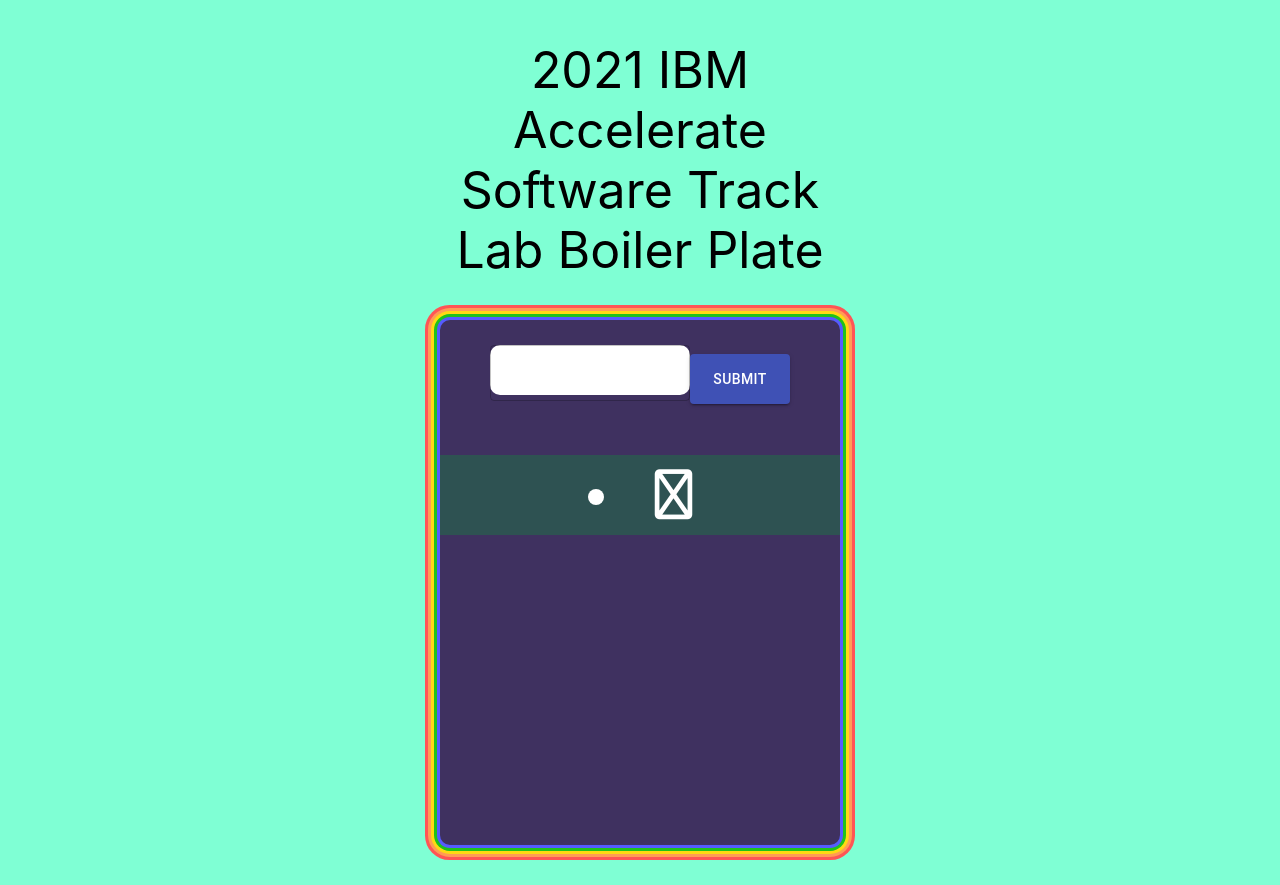
Repository: 2021-IBM-Accelerate-SW-Track/lab-1-team-34
Page: /
An editor plug-in stored every save of this project. The page is shown before and after the next save, followed by the edit.
The browser window is 1280 px wide. The pictures show the whole page.
Some web libraries are served in a nearby version. The project was rebuilt for these pictures with package versions that can differ from the ones it lists, and the page was loaded fresh each time.

Above is the page before, as saved 2021-06-14 21:17:45.

After the next save:
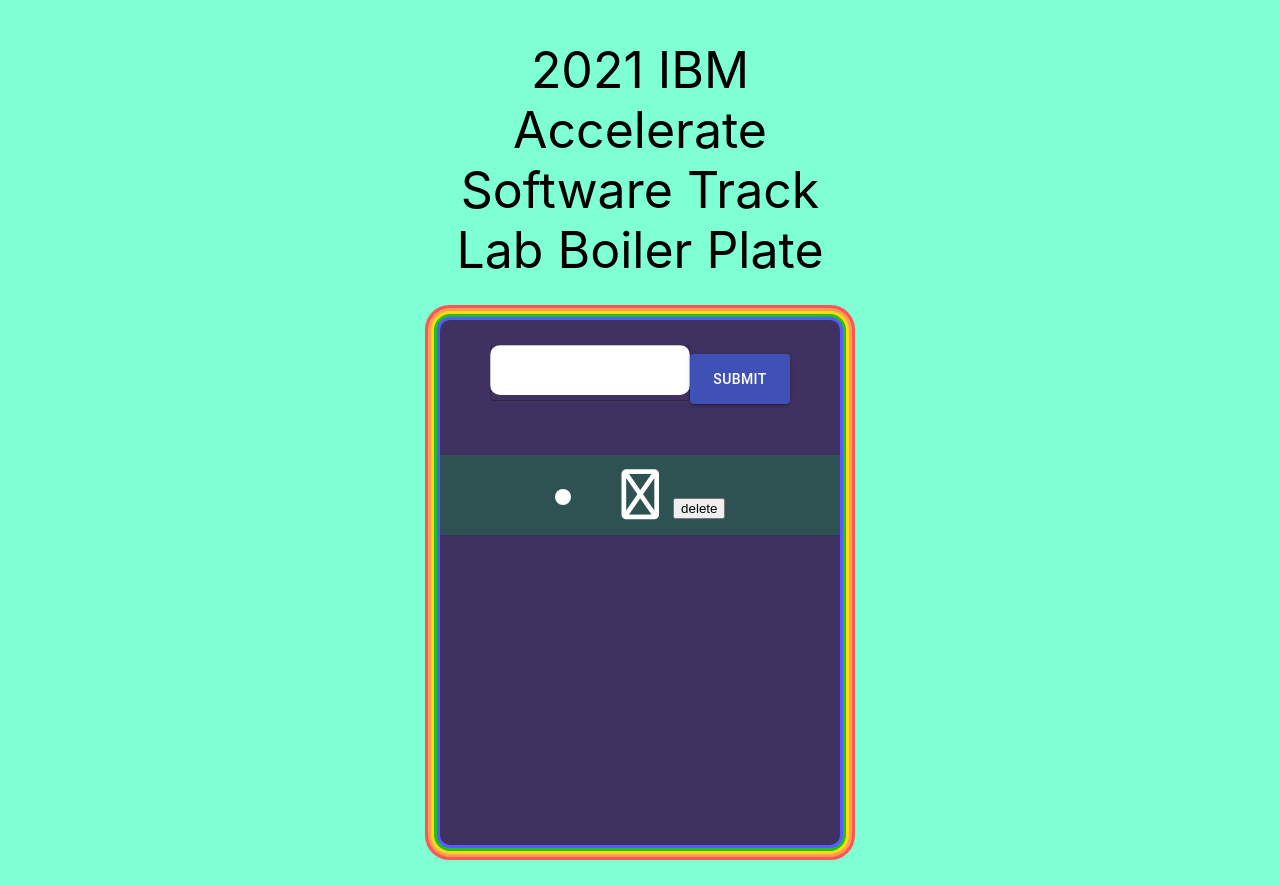
Saved 66 s later.
--- a/src/component/Input/input.js
+++ b/src/component/Input/input.js
@@ -72,7 +72,7 @@
               return (
                 <div className="line">
                   <li className="list" key={index}>
-                    {item}
+                    {item} <button> delete</button>
                   </li>
                 </div>
               );

After the 5 saves that followed:
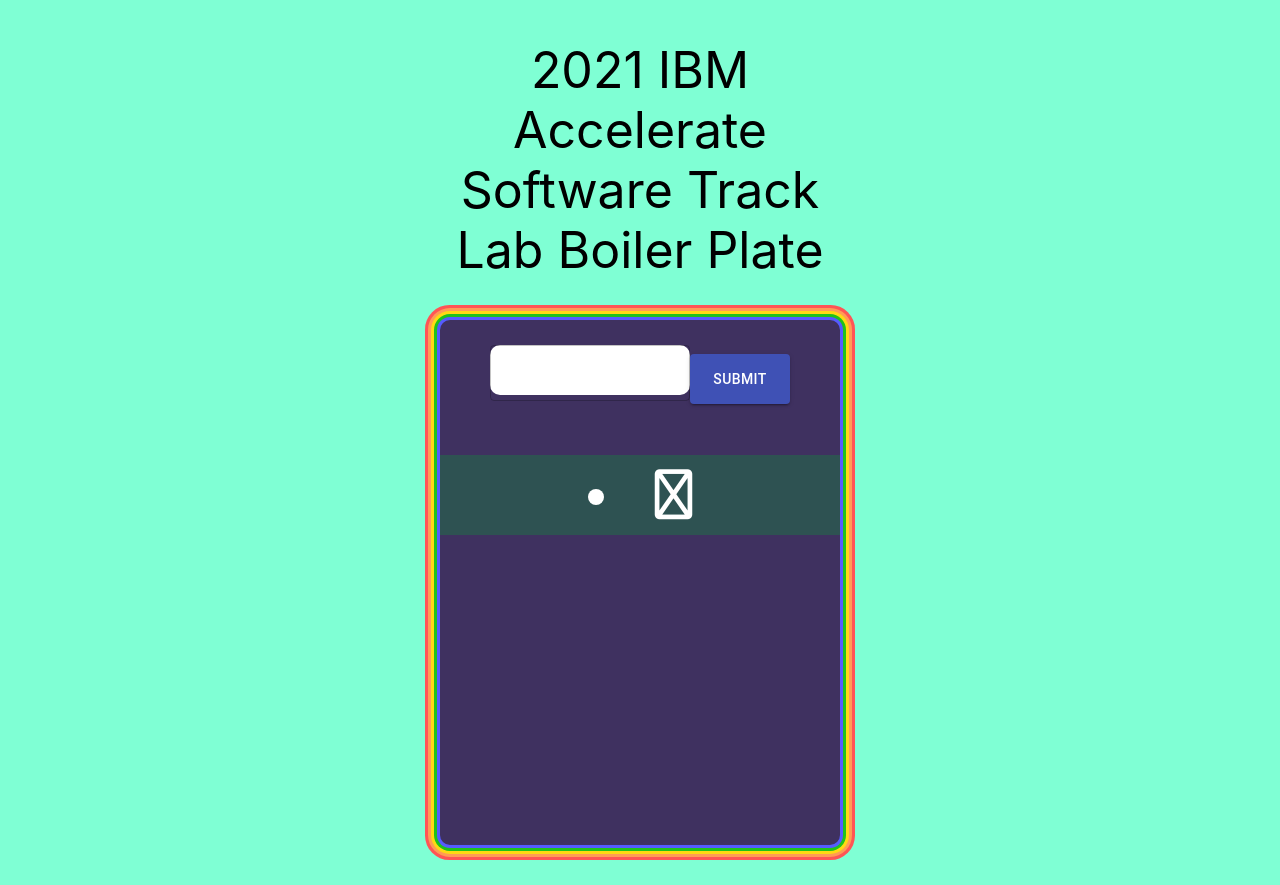
The 5 saves are shown as one change because 3 did not build or start and 1 left the picture as it was.
The last was saved 3 min 46 s later.
--- a/src/component/Input/input.js
+++ b/src/component/Input/input.js
@@ -17,17 +17,6 @@
     setInput("");
     handleClear();
     // debugger;
-  }
-  function handleDelete() {
-    this.setState(({ list }) => {
-      const newList = [...list];
-      const index = newList.indexOf();
-      newList.splice(index, 1);
-
-      return {
-        list: newList,
-      };
-    });
   }
 
   const handleClear = () => {
@@ -72,7 +61,7 @@
               return (
                 <div className="line">
                   <li className="list" key={index}>
-                    {item} <button> delete</button>
+                    {item}
                   </li>
                 </div>
               );
